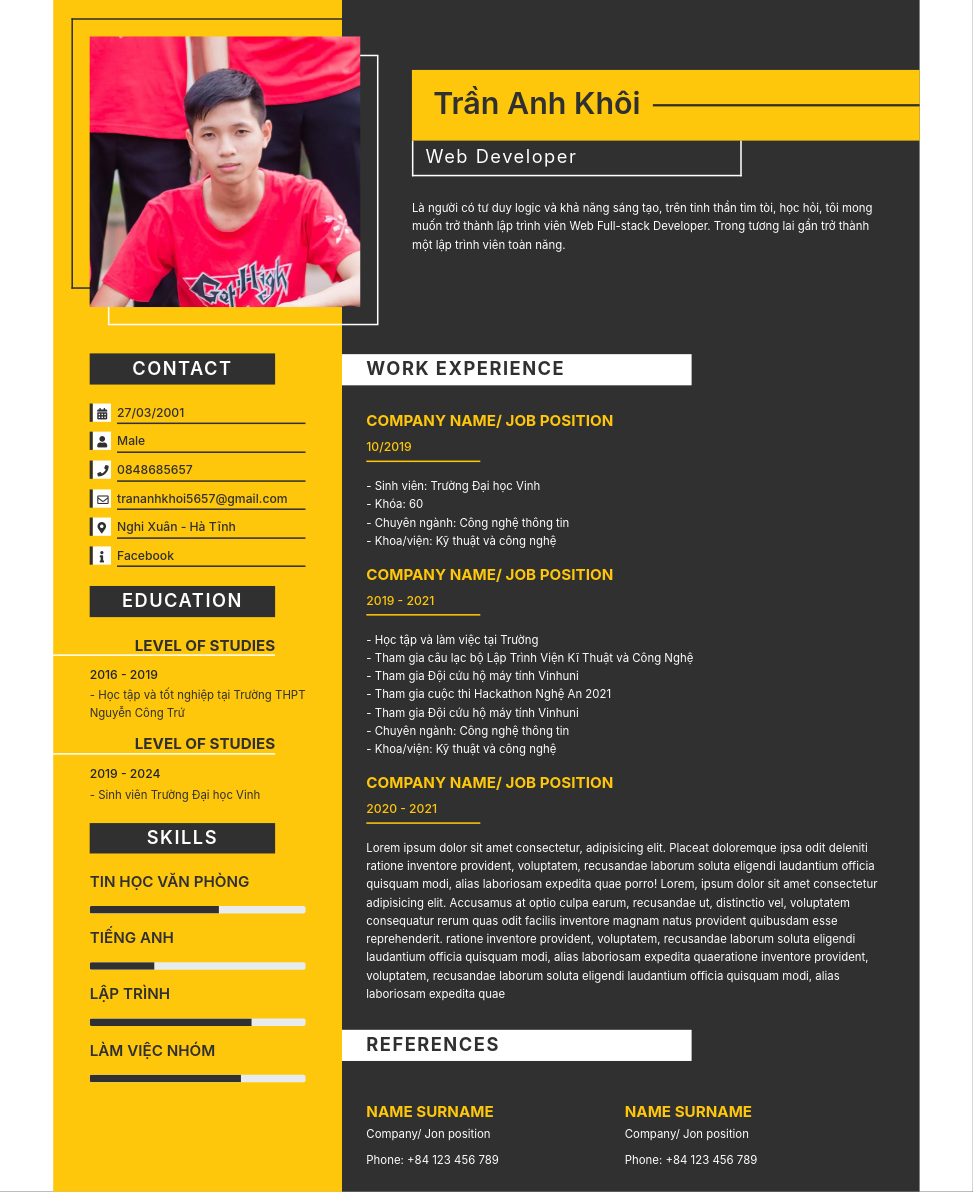
Repository: khoitadev/myCV
Page: index.html
An editor plug-in stored every save of this project. The page is shown before and after the next save, followed by the edit.
The browser window is 1280 px wide. The pictures show the whole page, at 76% of full size.
Some web libraries are served in a nearby version.

Above is the page before, as saved 2022-02-11 22:55:04.

After the next save:
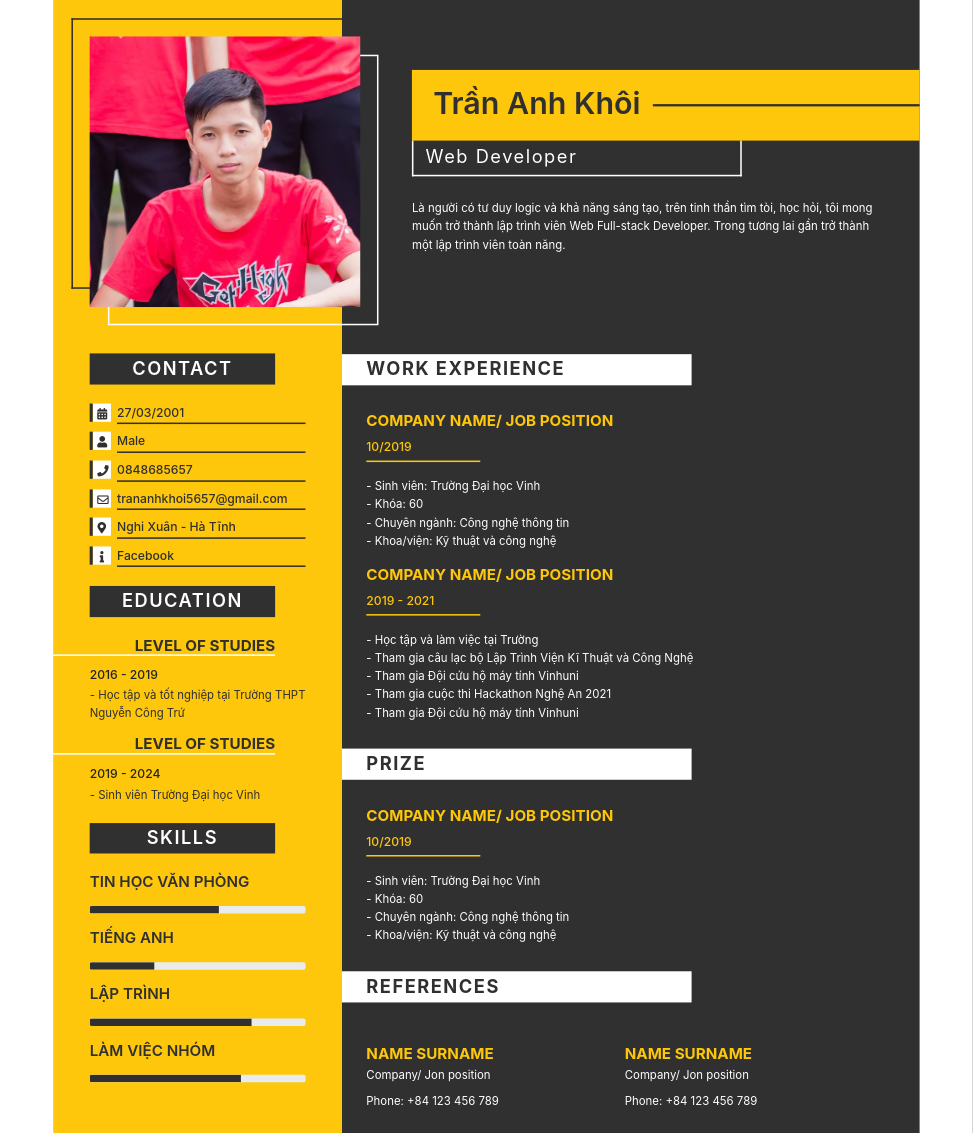
Saved 5 min 29 s later.
--- a/index.html
+++ b/index.html
@@ -131,13 +131,20 @@
             - Tham gia Đội cứu hộ máy tính Vinhuni <br>
             - Tham gia cuộc thi Hackathon Nghệ An 2021 <br>
             - Tham gia Đội cứu hộ máy tính Vinhuni <br>
-            - Chuyên ngành: Công nghệ thông tin <br>
-            - Khoa/viện: Kỹ thuật và công nghệ
           </p>
-          <h3 class="work__heading">COMPANY NAME/ JOB POSITION</h3>
+          <!-- <h3 class="work__heading">COMPANY NAME/ JOB POSITION</h3>
           <h4 class="work__title">2020 - 2021</h4>
           <p class="text-toright">Lorem ipsum dolor sit amet consectetur, adipisicing elit. Placeat doloremque ipsa odit deleniti ratione inventore provident, voluptatem, recusandae laborum soluta eligendi laudantium officia quisquam modi, alias laboriosam expedita quae porro!
             Lorem, ipsum dolor sit amet consectetur adipisicing elit. Accusamus at optio culpa earum, recusandae ut, distinctio vel, voluptatem consequatur rerum quas odit facilis inventore magnam natus provident quibusdam esse reprehenderit. ratione inventore provident, voluptatem, recusandae laborum soluta eligendi laudantium officia quisquam modi, alias laboriosam expedita quaeratione inventore provident, voluptatem, recusandae laborum soluta eligendi laudantium officia quisquam modi, alias laboriosam expedita quae
+          </p> -->
+          <h2 class="heading__right">PRIZE</h2>
+          <h3 class="work__heading">COMPANY NAME/ JOB POSITION</h3>
+          <h4 class="work__title">10/2019</h4>
+          <p class="text-toright">
+          - Sinh viên: Trường Đại học Vinh <br>
+          - Khóa: 60 <br>
+          - Chuyên ngành: Công nghệ thông tin <br>
+          - Khoa/viện: Kỹ thuật và công nghệ
           </p>
           <h2 class="heading__right">REFERENCES</h2>
           <div class="ref">
